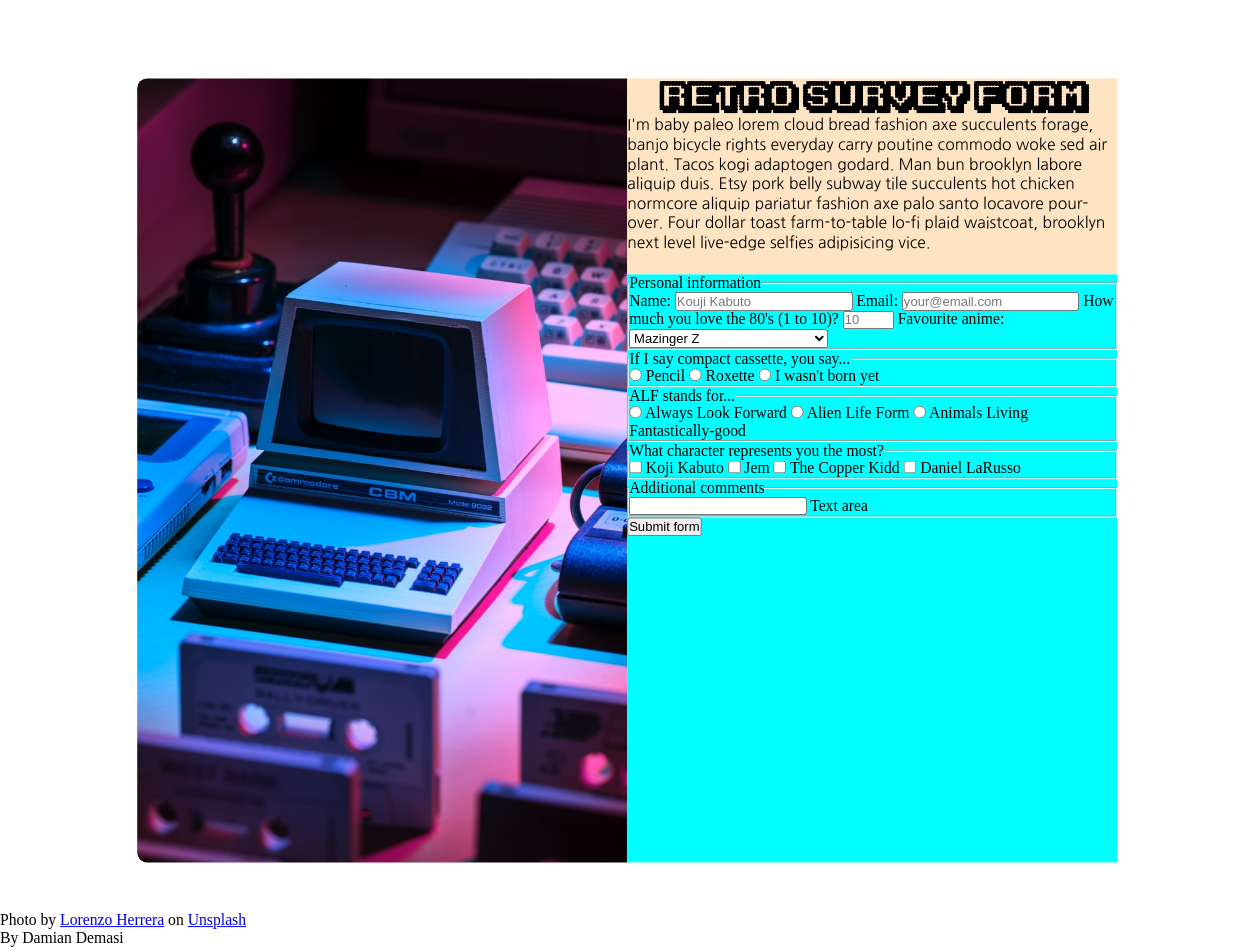
Repository: Colo-Codes/freecodecamp-02-Build-a-Survey-Form
Page: index.html
These files come from the project's save history. The page is drawn as it stood at one moment and after the next save; the edit follows.
The browser window is 1280 px wide. The pictures show the whole page, at 98% of full size.

Above is the page before, as saved 2021-05-18 16:56:05.

### index.html
<!DOCTYPE html>
<html lang="en">

<head>
    <meta charset="UTF-8">
    <meta http-equiv="X-UA-Compatible" content="IE=edge">
    <meta name="viewport" content="width=device-width, initial-scale=1.0">
    <link rel="stylesheet" href="./resources/css/index.css" type="text/css">
    <link rel="preconnect" href="https://fonts.gstatic.com">
    <link href="https://fonts.googleapis.com/css2?family=Nanum+Gothic:wght@400;800&display=swap" rel="stylesheet">
    <title>Retro Survey Form</title>
</head>

<body>
    <main id="grid-container">
        <header>
            <h1 id="title">Retro Survey Form</h1>
            <p id="description">I'm baby paleo lorem cloud bread fashion axe succulents forage, banjo bicycle rights
                everyday carry poutine commodo woke sed air plant. Tacos kogi adaptogen godard. Man bun brooklyn labore
                aliquip duis. Etsy pork belly subway tile succulents hot chicken normcore aliquip pariatur fashion axe
                palo santo locavore pour-over. Four dollar toast farm-to-table lo-fi plaid waistcoat, brooklyn next
                level live-edge selfies adipisicing vice.</p>
        </header>
        <section>
            <form action="#" id="survey-form" method="POST">
                <fieldset>
                    <legend>Personal information</legend>
                    <label for="name" id="name-label">
                        Name: <input type="text" id="name" placeholder="Kouji Kabuto" required>
                    </label>
                    <label for="email" id="email-label">
                        Email: <input type="email" id="email" placeholder="your@email.com" required> <!-- validate -->
                    </label>
                    <label for="number" id="number-label">
                        How much you love the 80's (1 to 10)? <input type="number" id="number" placeholder="10" min="1"
                            max="10" required>
                    </label>
                    <label for=""> Favourite anime:
                        <select name="" id="dropdown">
                            <option value="mazinger-z">Mazinger Z</option>
                            <option value="macross-robotech">Macross (Robotech)</option>
                            <option value="crusher-joe">Crusher Joe</option>
                            <option value="momo">Magical Princess Minky Momo</option>
                            <option value="gundam">Mobile Suit Zeta Gundam</option>
                            <option value="dragon-ball">Dragon Ball</option>
                            <option value="galactic-heroes">Legend of the Galactic Heroes</option>
                        </select>
                    </label>
                </fieldset>

                <fieldset>
                    <legend>If I say compact cassette, you say...</legend>
                    <label for="pencil">
                        <input type="radio" name="cassette-match" value="pencil" id="pencil"> Pencil
                    </label>
                    <label for="roxette">
                        <input type="radio" name="cassette-match" value="roxette" id="roxette"> Roxette
                    </label>
                    <label for="not-born">
                        <input type="radio" name="cassette-match" value="not-born" id="not-born"> I wasn't born yet
                    </label>
                </fieldset>
                <fieldset>
                    <legend>ALF stands for...</legend>
                    <label for="always">
                        <input type="radio" name="alf" value="always" id="always"> Always Look Forward
                    </label>
                    <label for="alien">
                        <input type="radio" name="alf" value="alien" id="alien"> Alien Life Form
                    </label>
                    <label for="animals">
                        <input type="radio" name="alf" value="animals" id="animals"> Animals Living Fantastically-good
                    </label>
                </fieldset>
                <fieldset>
                    <legend>What character represents you the most?</legend>
                    <label for="koji">
                        <input type="checkbox" name="character" value="koji" id="koji"> Koji Kabuto
                    </label>
                    <label for="jem">
                        <input type="checkbox" name="character" value="jem" id="jem"> Jem
                    </label>
                    <label for="copper">
                        <input type="checkbox" name="character" value="copper" id="copper"> The Copper Kidd
                    </label>
                    <label for="larusso">
                        <input type="checkbox" name="character" value="larusso" id="larusso"> Daniel LaRusso
                    </label>
                </fieldset>
                <fieldset>
                    <legend>Additional comments</legend>
                    <label for="">
                        <input type="textarea"> Text area
                    </label>
                </fieldset>
                <input type="submit" value="Submit form">
            </form>
        </section>
        <div id="main-image" role="img" aria-label="Retro computers and devices from the 80's under a blue and violet light"></div>
    </main>
    <footer>
        <p>Photo by <a href="https://unsplash.com/@lorenzoherrera?utm_source=unsplash&utm_medium=referral&utm_content=creditCopyText">Lorenzo Herrera</a> on <a href="https://unsplash.com/?utm_source=unsplash&utm_medium=referral&utm_content=creditCopyText">Unsplash</a></p>
        <p>By Damian Demasi</p>

    </footer>
</body>

</html>

### resources/css/index.css
@font-face {
    font-family: 'Karmatic Arcade';
    src: url("../fonts/ka1.ttf");
    font-weight: normal;
    font-style: normal;
}
/* Initial reset */
html {
    box-sizing: border-box;
    font-size: 16px;
}
*, *:before, *:after {
    box-sizing: inherit;
    margin: 0;
    padding: 0;
    /*outline: 1px dashed blue; /* Debugging purposes */
}
/* Grid */
#grid-container {
    width: 1000px; /* TODO media query */
    height: 800px; /* TODO media query */
    display: grid;
    flex-direction: row;
    margin: 5rem auto 50px auto;
    border-radius: 10px;
    /* border: 1px solid red; */
    grid-template: 200px 1fr / 1fr 1fr;
}
#main-image {
    background-image: url(../img/lorenzo-herrera-p0j-mE6mGo4-unsplash.jpg);
    background-repeat: no-repeat;
    background-position: 50%;
    background-size: cover;
    order: -1;
    grid-area: 1 / 1 / 3 / 2; /* the whole left column */
    border-radius: 10px 0 0 10px;
}
header {
    background-color: bisque;
    grid-area: 1 / 2 / 2 / 3; /* top right */
}
section {
    background-color: aqua;
    grid-area: 2 / 2 / 3 / 3; /* top right */
}
/* Form */
h1 {
    font-family: "Karmatic Arcade", sans-serif;
    text-align: center;
}
header p {
    font-family: 'Nanum Gothic', sans-serif;
}

After the next save:
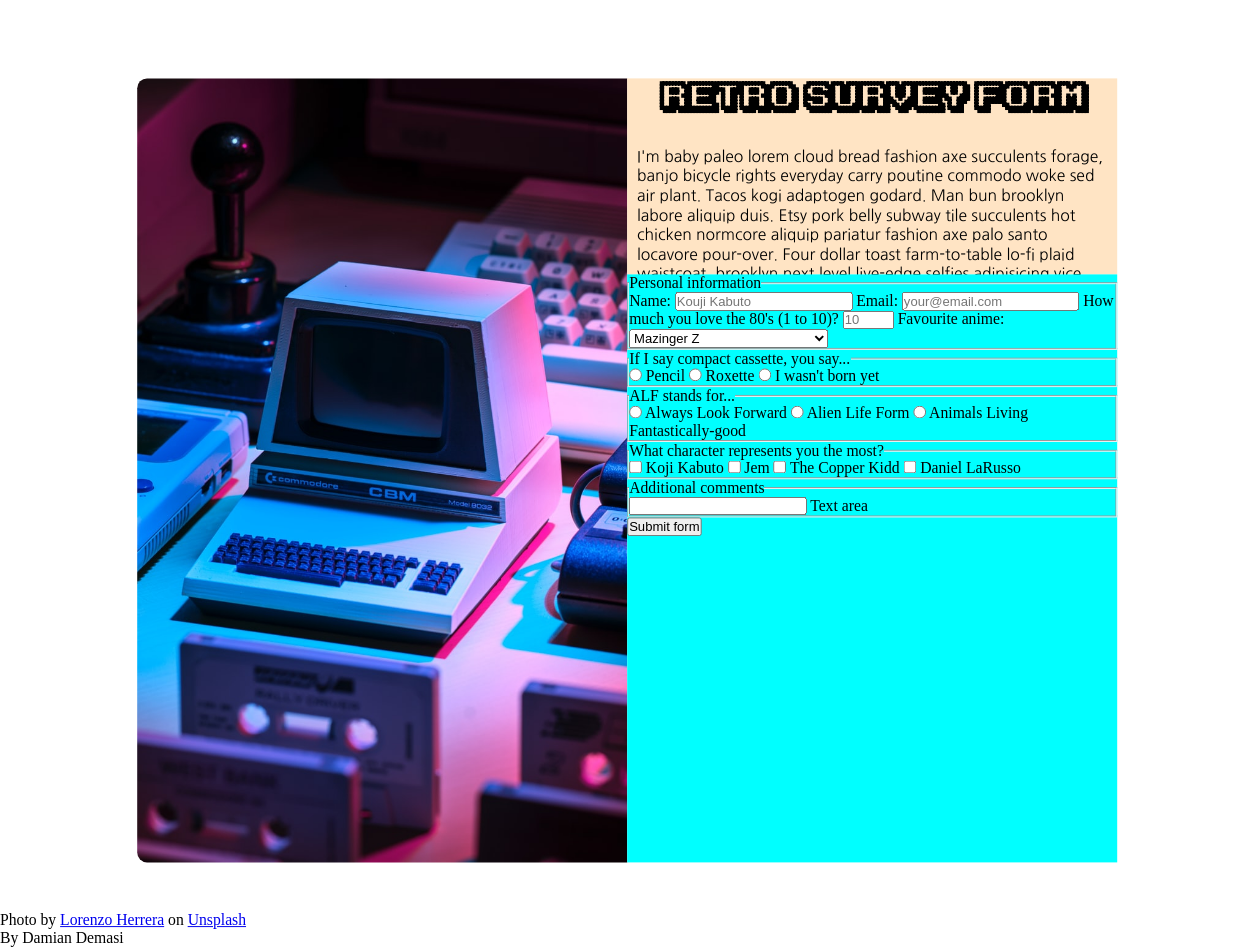
Saved 30 s later.
--- a/resources/css/index.css
+++ b/resources/css/index.css
@@ -49,5 +49,6 @@
     text-align: center;
 }
 header p {
+    padding: 2em 10px 1em 10px;
     font-family: 'Nanum Gothic', sans-serif;
 }

After the save that followed:
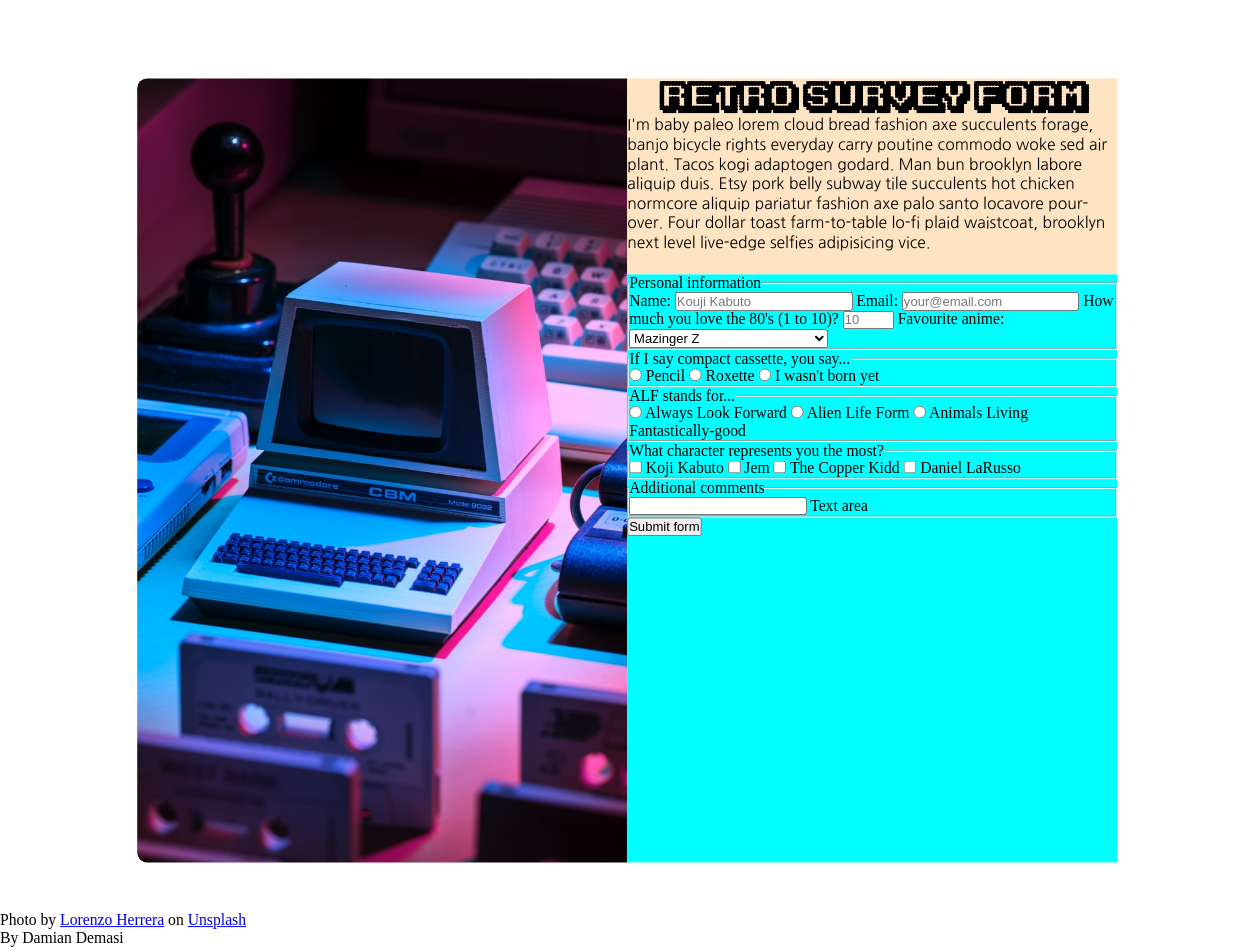
Saved 11 s later.
--- a/resources/css/index.css
+++ b/resources/css/index.css
@@ -49,6 +49,6 @@
     text-align: center;
 }
 header p {
-    padding: 2em 10px 1em 10px;
+    padding: 1ßem 10px 1em 10px;
     font-family: 'Nanum Gothic', sans-serif;
 }
